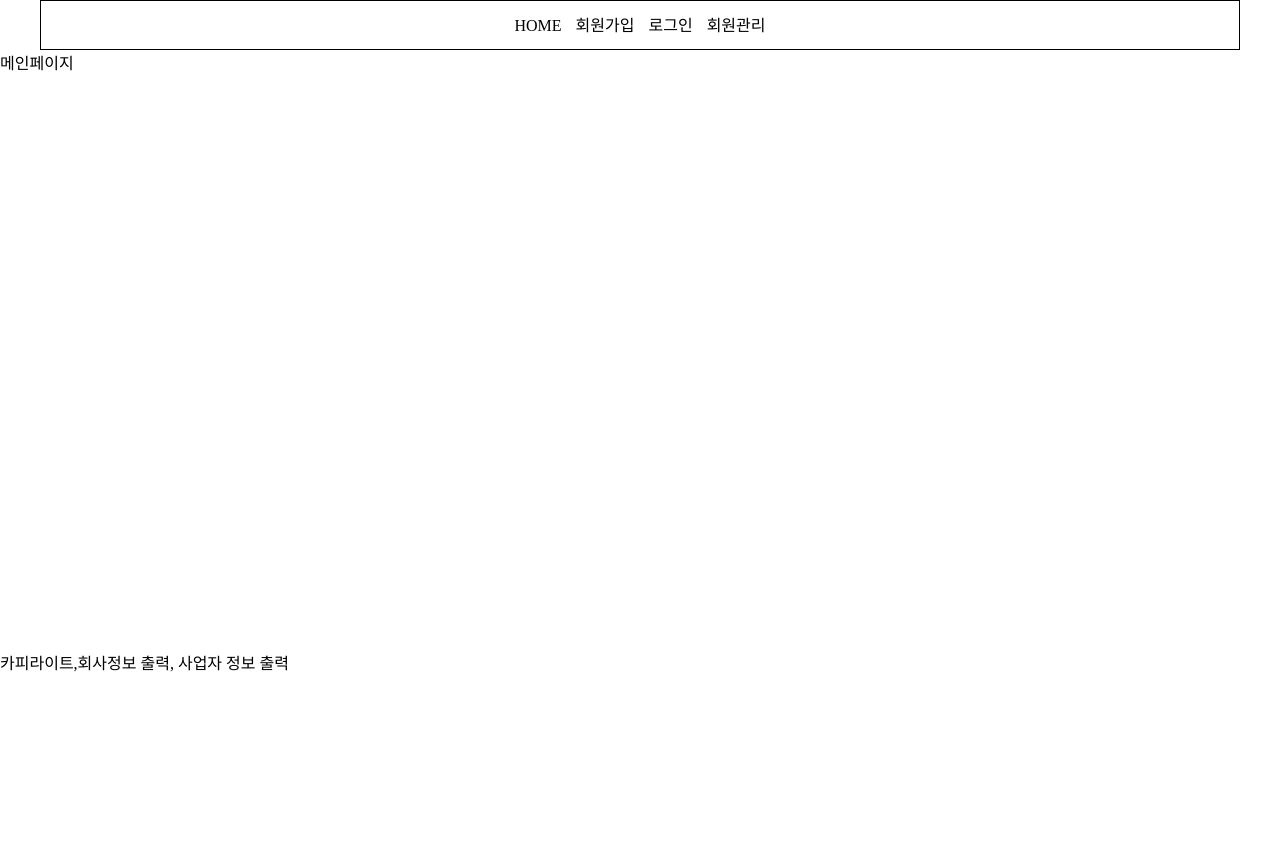
Repository: ceooyh/JSP
Page: http://localhost/step02/test.jsp
The author's editor kept a copy of each file at every save. The page is drawn from the files as they stood at one save, then again after the next save.
The browser window is 1280 px wide. The pictures show the whole page.
The page is served by Tomcat 9.

Above is the page before, as saved 2020-12-29 06:03:55.

After the next save:
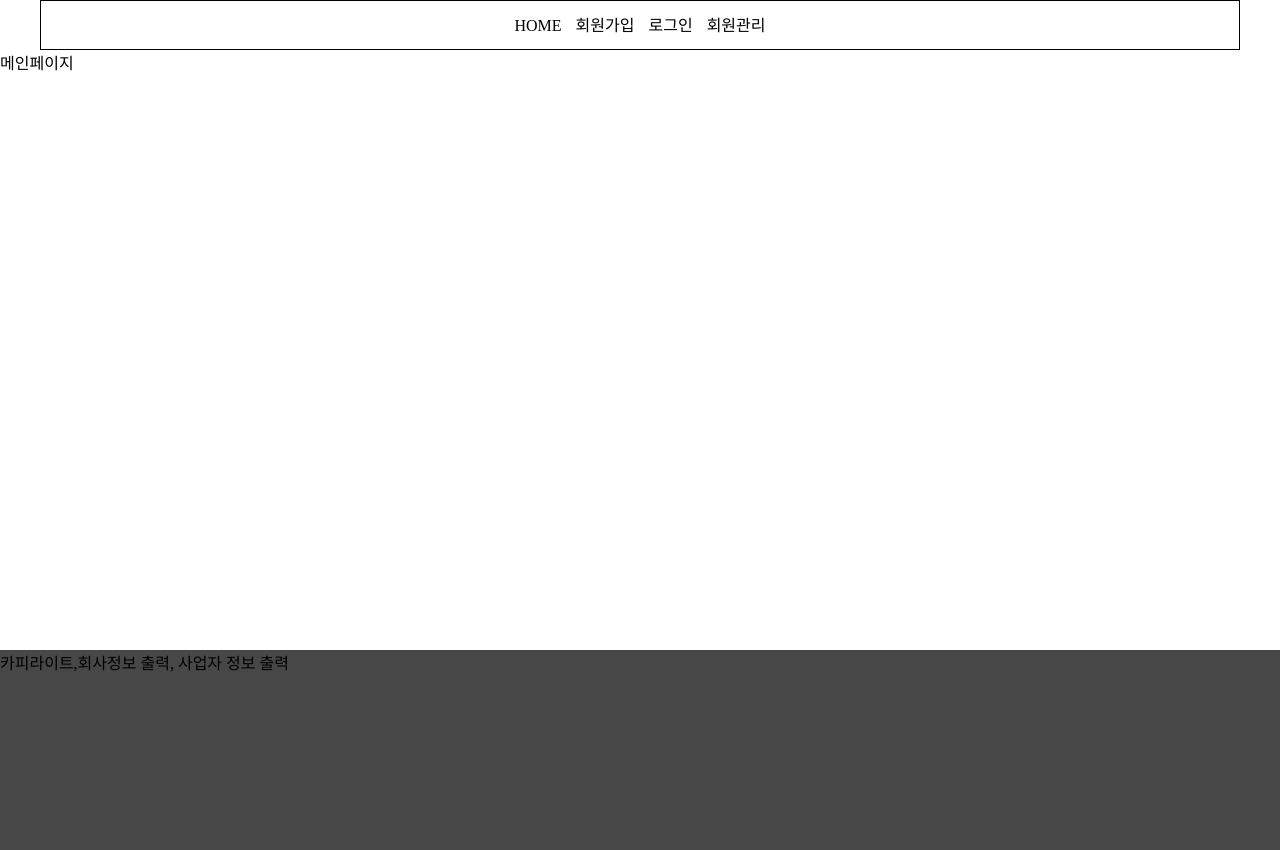
Saved 6 s later.
--- a/step02/WebContent/test.jsp
+++ b/step02/WebContent/test.jsp
@@ -34,9 +34,7 @@
 		footer{
 			width: 100%;
 			height: 200px;
-			background-color:선택색상
-#474747
-			;
+			background-color:#474747;
 		}
 	</style>
 </head>
